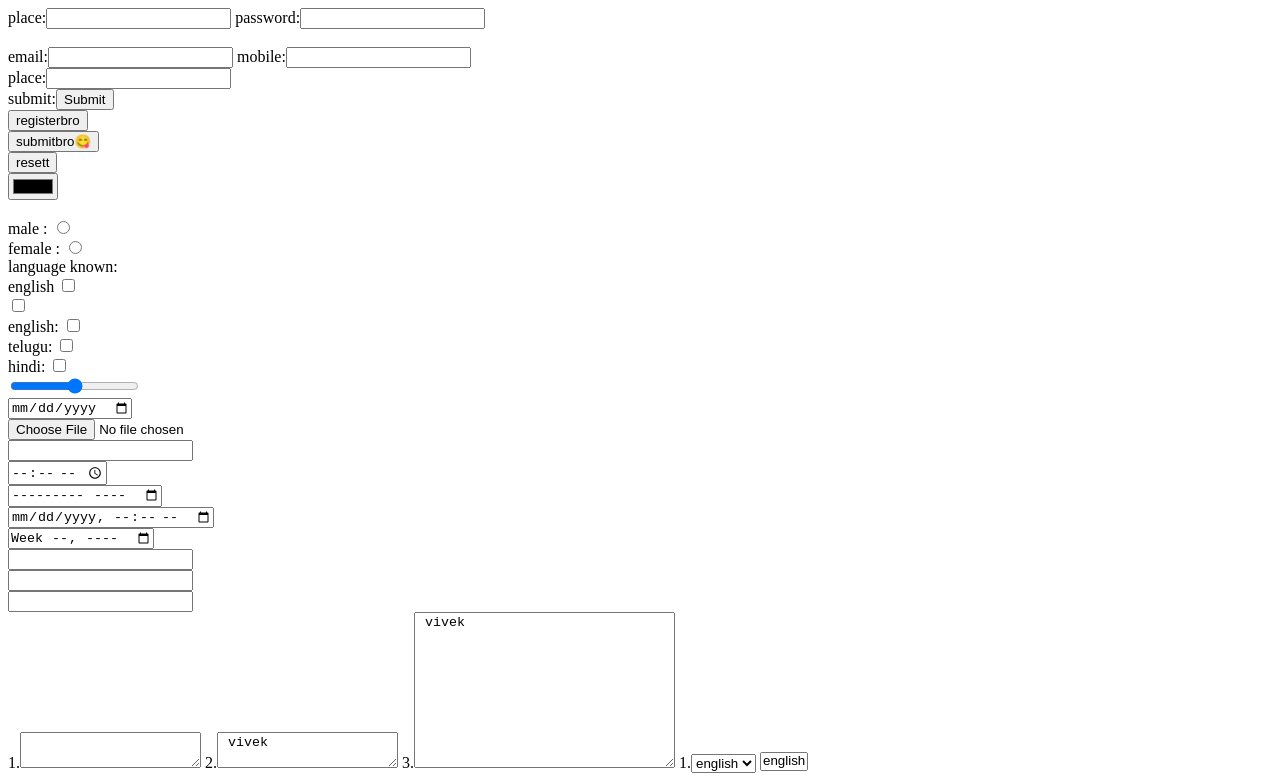
Repository: viveknaidu007/repo-113-HTML
Page: 9.html
The author's editor kept a copy of each file at every save. The page is drawn from the files as they stood at one save, then again after the next save.
The browser window is 1280 px wide. The pictures show the whole page.

Above is the page before, as saved 2024-06-15 22:24:44.

### 9.html
<!DOCTYPE html>
<html>
    <head>
        <title> forms demo</title>
    </head>

    <body>
        <form action="response.html">
            place:<input type="text">
            password:<input type="password"> <br> <br>
            email:<input type="email">
            mobile:<input type="tel"> <br>
            place:<input type="number"> <br>
            submit:<input type="submit"> <br>
            <input type="submit" value="registerbro"> <br>
            <input type="submit" value="submitbro😋"> <br>
            <input type="reset" value="resett">  <br>
            <input type="color"> <br>
            <input type="hidden"> <br>
            male : <input type="radio" name="gender"> <br>
            female : <input type="radio" name="gender"> <br>
            language known: <br>
            english <input type="checkbox"> <br>
            <input type="checkbox"> <br>
            english: <input type="checkbox"> <br>
            telugu: <input type="checkbox"> <br>
            hindi: <input type="checkbox"> <br>

            <input type="range"> <br>
            <input type="date"> <br>
            <input type="file"> <br>
            <input type="search"> <br>
            <input type="time"> <br>
            <input type="month"> <br>
            <input type="datetime-local"> <br>
            <input type="week"> <br>
            <input type="url"> <br>

            <input type="text" name="place" minlength="3" maxlength="10"> <br>
            <input type="password" required minlength="3" maxlength="10"> <br>

            1.<textarea></textarea>
            2.<textarea> vivek </textarea>
            3.<textarea cols="30" rows="10"> vivek </textarea>

            1.<select>
                <option> english</option>
                <option> telugu</option>
                <option> hindi</option>
            </select>

            <select multiple size="1">
                <option> english</option>
                <option> telugu</option>
                <option> hindi</option>
            </select>

        </form>
    </body>
</html>

After the next save:
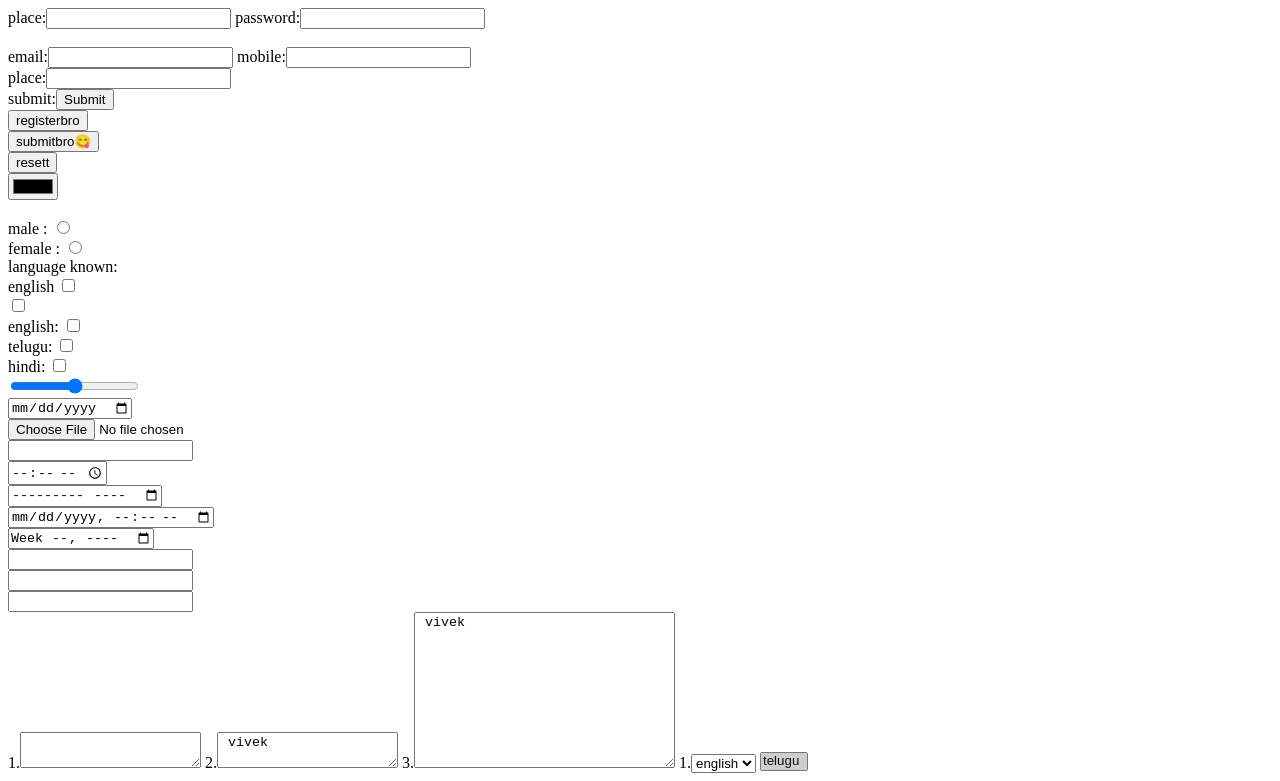
Saved 37 s later.
--- a/9.html
+++ b/9.html
@@ -51,7 +51,7 @@
 
             <select multiple size="1">
                 <option> english</option>
-                <option> telugu</option>
+                <option selected> telugu</option>
                 <option> hindi</option>
             </select>
 
